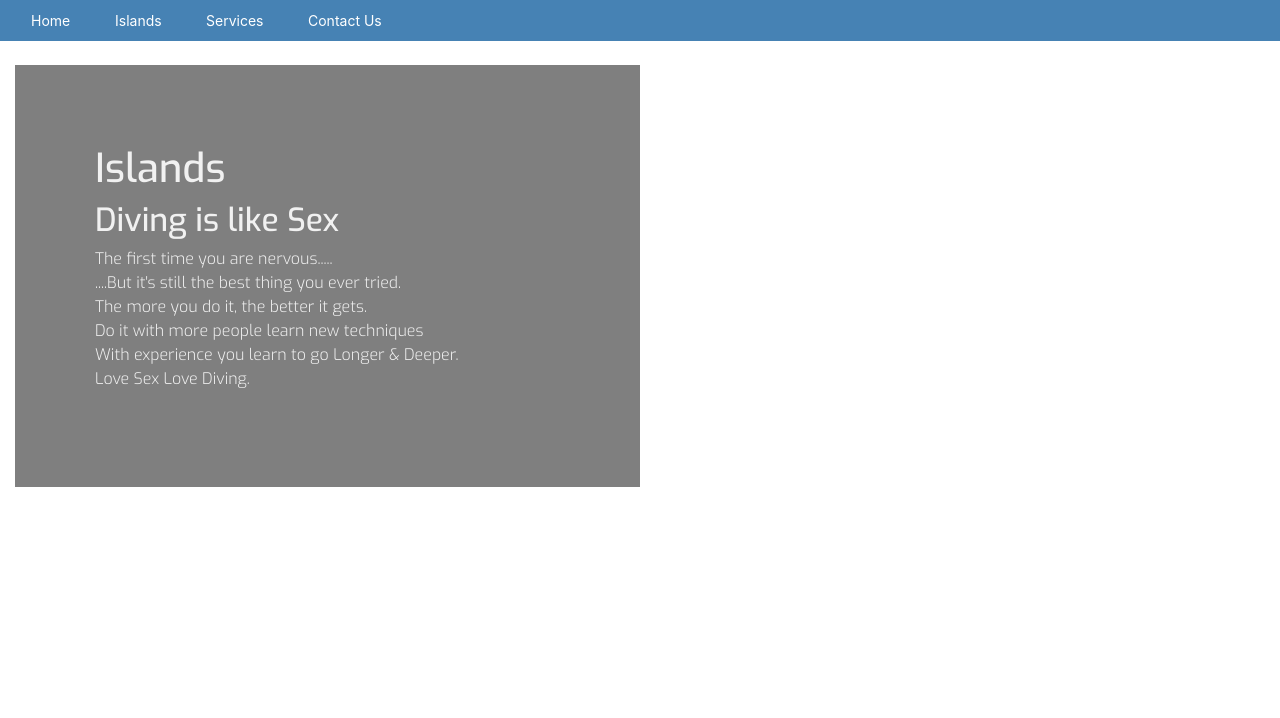
Repository: Code-Institute-Submissions/cathyann-diving.github.io
Page: islands.html
The author's editor kept a record of every edit. The page is drawn from the files as they stood at one moment, then again after the next edit.
The browser window is 1280 px wide. The pictures show the whole page.

Above is the page before.

### islands.html
<!DOCTYPE html>
<html lang="en">

<head>
    <meta charset="UTF-8">
    <meta name="viewport" content="width=device-width, initial-scale=1.0">
    <meta http-equiv="X-UA-Compatible" content="ie=edge">
    <link rel="stylesheet" href="https://stackpath.bootstrapcdn.com/bootstrap/4.3.1/css/bootstrap.min.css" type="text/css">
    <link rel="stylesheet" href="https://stackpath.bootstrapcdn.com/font-awesome/4.7.0/css/font-awesome.min.css" type="text/css">
    <link rel="stylesheet" href="https://cdnjs.cloudflare.com/ajax/libs/hover.css/2.3.1/css/hover-min.css" type="text/css">
    <link rel="stylesheet" href="assets/css/style.css" type="text/css">
    <title>Diving</title>
</head>

<body>
    <div class="navbar">
        <div class="col">
            <ul id="nav" class="list-inline">
                <li class="ui-menu-color-home list-inline-item">
                    <a href="#" class="hvr-sweep-to-bottom"><span>Home</span></a>
                </li>
                <li class="ui-menu-color-islands list-inline-item">
                    <a href="#" class="hvr-sweep-to-bottom"><span>Islands</span></a>
                </li>
                <li class="ui-menu-color-services list-inline-item">
                    <a href="#" class="hvr-sweep-to-bottom"><span>Services</span></a>
                </li>
                <li class="ui-menu-color-contact-us list-inline-item">
                    <a href="#" target="_blank" class="hvr-sweep-to-bottom"><span>Contact Us</span></a>
                </li>
            </ul>
        </div>
    </div>
    <div class="main container" id="islands">
        <img src="#" alt="">
        <div class="content">
        <h1>Islands</h1>
        <h2>Diving is like Sex</h2>
        <p>The first time you are nervous.....<br>
        ....But it's still the best thing you ever tried.<br>
        The more you do it, the better it gets.<br>
        Do it with more people learn new techniques<br>
        With experience you learn to go Longer & Deeper.<br>
        Love Sex Love Diving.
        </p>
        </div>
    </div>





</body>

</html>

### assets/css/style.css
@import url('https://fonts.googleapis.com/css?family=Roboto:100,200,300,400,500,600,700|Exo:100,200,300,400,500,600,700');

/*--------------------------------------------Index.html */

.bg-landing {
    position: fixed;
    background-image: url("../images/jellyfish.jpg");
    display: inline-block;
    background-position: center;
    background-repeat: no-repeat;
    background-size: cover;
    height: 100%;
    width: 100%;
    transition: all .5s ease-in-out;
    -moz-transition: all .5s ease-in-out;
    -webkit-transition: all .5s ease-in-out;
}

.btn {
    position: absolute;
    top: 50%;
    left: 50%;
    transform: translate(-50%, -50%);
    -ms-transform: translate(-50%, -50%);
    background-color: #6495ed;
    color: #fff;
    font-size: 16px;
    font-family: "Roboto", sans-serif;
    font-weight: 400;
    padding: 10px 30px;
    border: none;
    border-radius: 5px;
    text-align: center;
}

.btn span {
    display: inline-block;
    position: relative;
    transition: 0.5s;
}

.btn span:after {
    content: '\00bb';
    position: absolute;
    opacity: 0;
    top: 0;
    right: -20px;
    transition: 0.5s;
}

.btn:hover span {
    padding-right: 25px;
}

.btn:hover span:after {
    opacity: 1;
    right: 0;
}

/*--------------------------------------------Fixed navbar */

.navbar {
    background-color: #4682B4;
    top: 0;
    width: 100%;
    padding: 0px;
}

.navbar a {
    display: block;
    color: #fff;
    text-align: center;
    padding: 10px 16px;
    text-decoration: none;
    font-size: 14px;
}

.navbar a:hover {
    background: #00008B;
    color: black;
}

#nav li {
    font-size: 14px;
    padding: 0;
}

#nav {
    margin: 0;
}

.span {
    display: block;
    width: 100%;
    padding-top: 5px;
    text-align: center;
    text-transform: uppercase;
    font-size: 14px;
    font-weight: 300;
    letter-spacing: 2px;
}

/*--------------------------------------------Content */

.container {
    position: relative;
    max-width: 100%;
    margin: auto;
}

.container .content {
    position: relative;
    background: rgb(0, 0, 0, 0.5);
    color: #f1f1f1;
    width: 50%;
    padding: 80px;
    font-family: "EXO", sans-serif;
    font-weight: 300;
}

After the next edit:
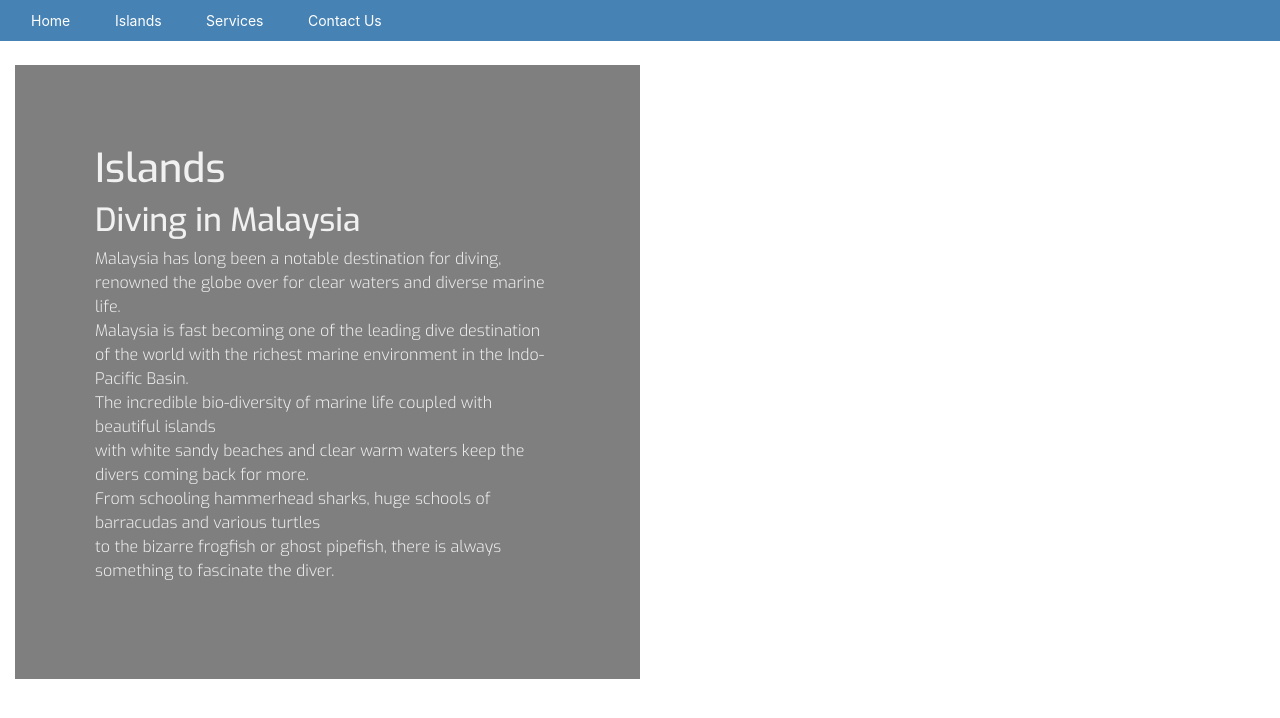
The edit:
--- a/islands.html
+++ b/islands.html
@@ -35,13 +35,15 @@
         <img src="#" alt="">
         <div class="content">
         <h1>Islands</h1>
-        <h2>Diving is like Sex</h2>
-        <p>The first time you are nervous.....<br>
-        ....But it's still the best thing you ever tried.<br>
-        The more you do it, the better it gets.<br>
-        Do it with more people learn new techniques<br>
-        With experience you learn to go Longer & Deeper.<br>
-        Love Sex Love Diving.
+        <h2>Diving in Malaysia</h2>
+        <p>Malaysia has long been a notable destination for diving,<br>
+        renowned the globe over for clear waters and diverse marine life.<br>
+        Malaysia is fast becoming one of the leading dive destination<br>
+        of the world with the richest marine environment in the Indo-Pacific Basin.<br>
+        The incredible bio-diversity of marine life coupled with beautiful islands<br>
+        with white sandy beaches and clear warm waters keep the divers coming back for more.<br>
+        From schooling hammerhead sharks, huge schools of barracudas and various turtles<br>
+        to the bizarre frogfish or ghost pipefish, there is always something to fascinate the diver.<br>
         </p>
         </div>
     </div>
